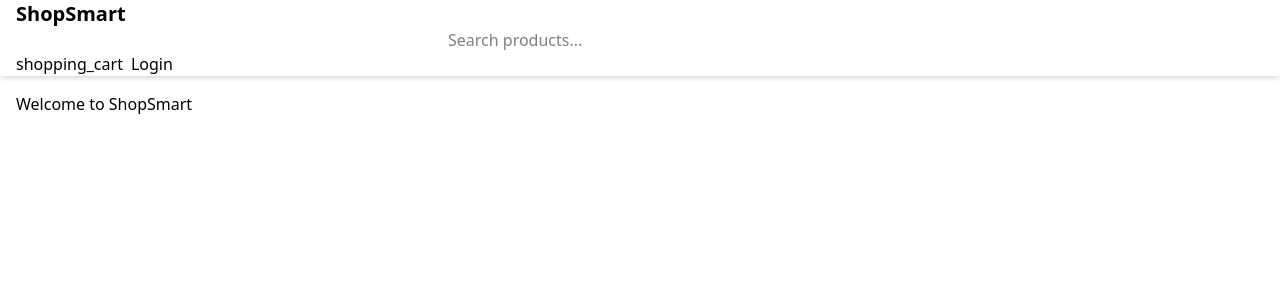
Repository: Yeshwanth-189/a-i-r
Page: / (app in client/)
These files come from the project's save history. The page is drawn as it stood at one moment and after the next save; the edit follows.
The browser window is 1280 px wide. The pictures show the whole page.
The project was rebuilt for these pictures with package versions that can differ from the ones it lists, and the page was loaded fresh each time. Also part of the build but not shown: client/vite.config.js, client/src/App.css.

Above is the page before, as saved 2025-04-12 12:30:17.

After the next save:
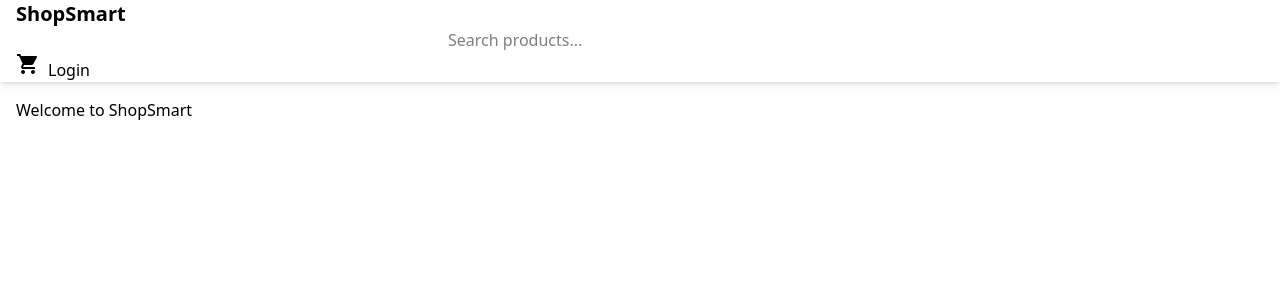
Saved 41 s later.
--- a/client/index.html
+++ b/client/index.html
@@ -11,11 +11,9 @@
       rel="stylesheet"
       href="https://fonts.googleapis.com/css2?family=Roboto:wght@300;400;500;700&display=swap"
     />
-    <link rel="preconnect" href="https://fonts.googleapis.com" />
-    <link rel="preconnect" href="https://fonts.gstatic.com" crossorigin />
     <link
       rel="stylesheet"
-      href="https://fonts.googleapis.com/css2?family=Roboto:wght@300;400;500;700&display=swap"
+      href="https://fonts.googleapis.com/icon?family=Material+Icons"
     />
   </head>
   <body>
